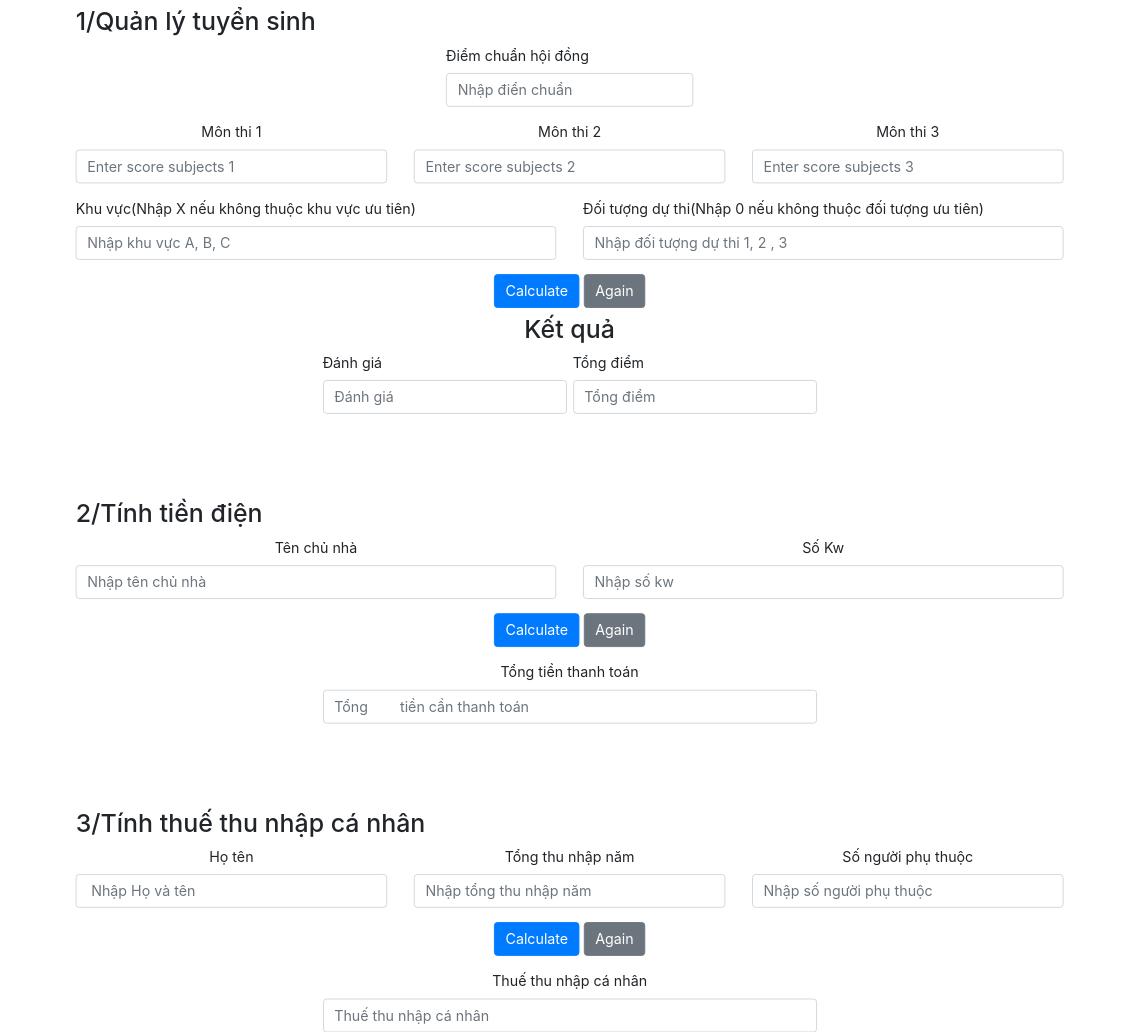
Repository: baobaodeveloper/bootcamp21__jsbasic4_HuynhAnhBao
Page: index.html
An editor plug-in stored every save of this project. The page is shown before and after the next save, followed by the edit.
The browser window is 1280 px wide. The pictures show the whole page, at 89% of full size.

Above is the page before, as saved 2022-03-13 20:57:37.

After the next save:
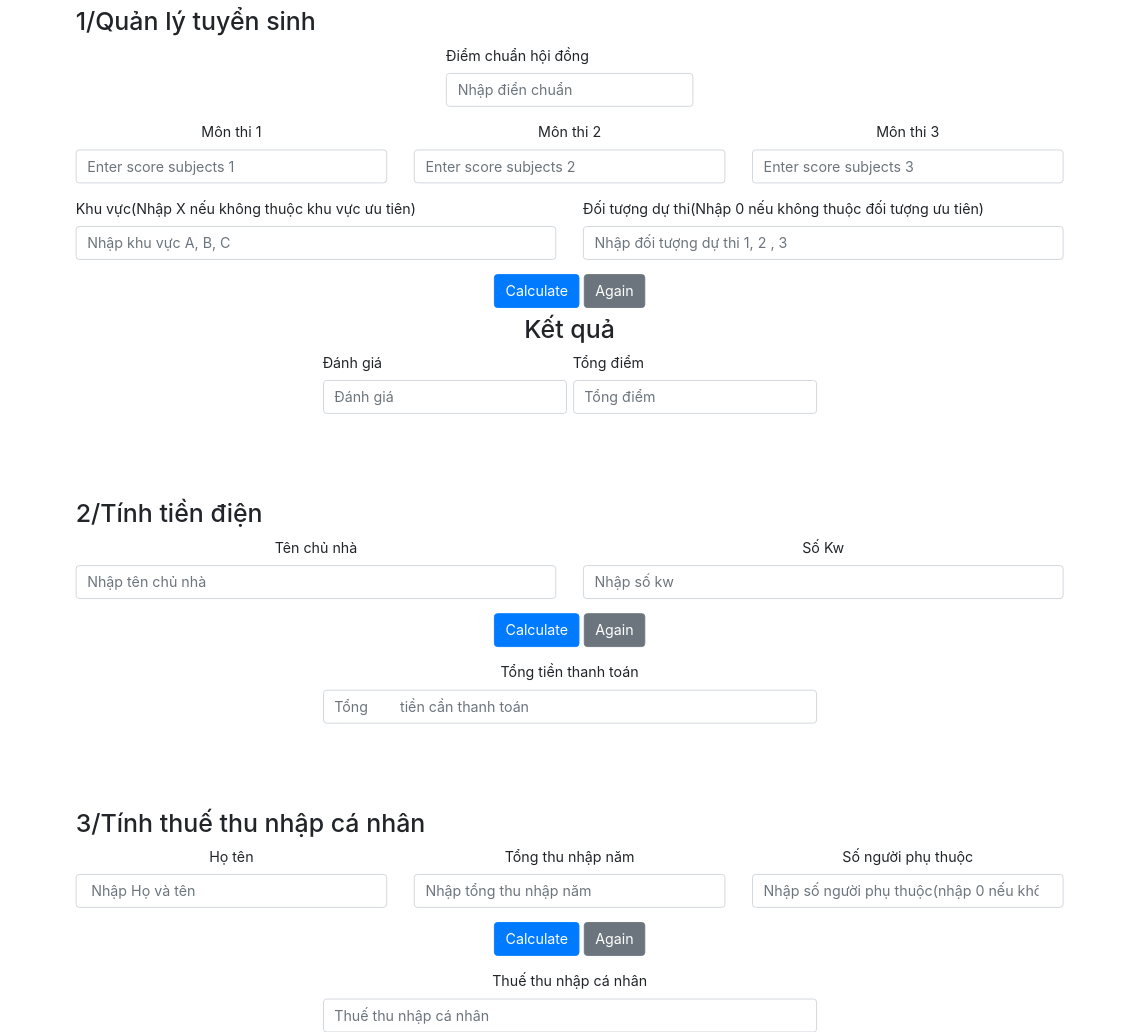
Saved 35 s later.
--- a/index.html
+++ b/index.html
@@ -190,9 +190,9 @@
           <label class="form-label">Số người phụ thuộc</label>
           <input
             type="number"
-            id="people"
-            class="form-control"
-            placeholder="Nhập số người phụ thuộc"
+            id="number-people"
+            class="form-control"
+            placeholder="Nhập số người phụ thuộc(nhập 0 nếu không có)"
           />
         </div>
       </div>
